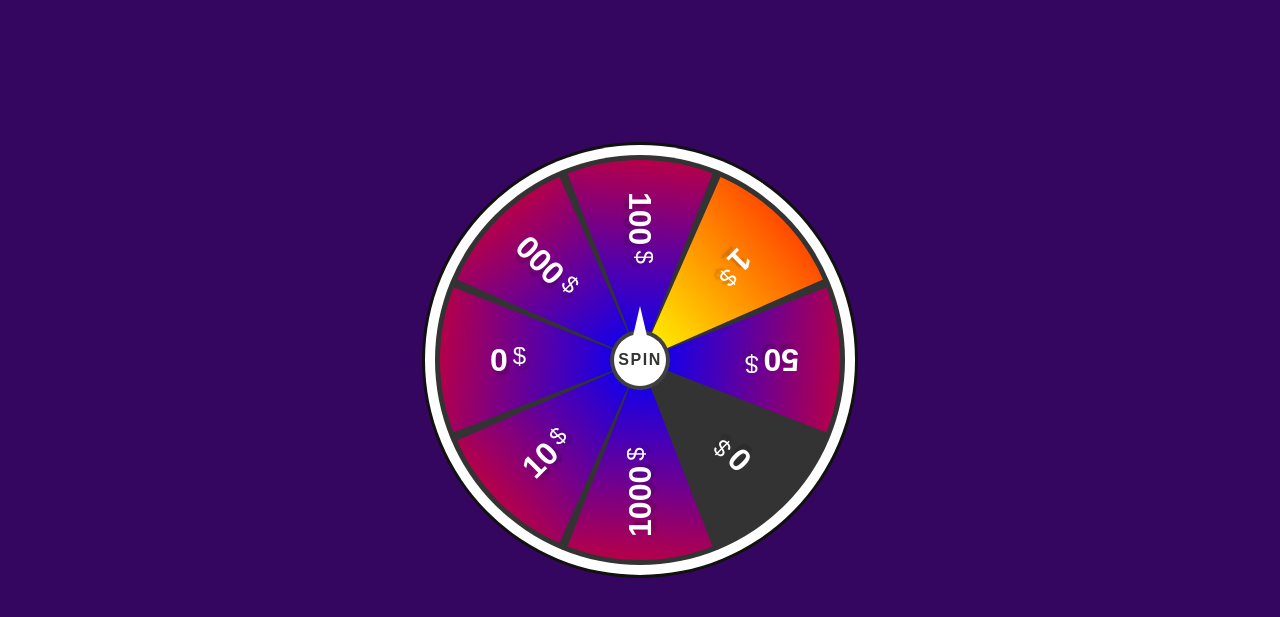
Repository: Jacques-Jaki-Morkel/FundedMarketplace_WheelofFortune
Page: index.html
An editor plug-in stored every save of this project. The page is shown before and after the next save, followed by the edit.
The browser window is 1280 px wide. The pictures show the whole page.

Above is the page before, as saved 2025-08-14 12:14:31.

### index.html
<!DOCTYPE html>
<html lang="en">

<head>
    <meta charset="UTF-8">
    <meta name="viewport" content="width=device-width, initial-scale=1.0">
    <title>Wheel of Fortune - Funded Marketplace</title>
    <link rel="stylesheet" href="styles.css">
</head>

<body>
    <div class="container">
        <div class="spinBtn">
            SPIN
        </div>
        <div class="wheel">
            <div class="number" style=" --i:1 ;--clr:linear-gradient(var(--angle), #ff0000, #0000ff);">
                <span>100</span>
            </div>
            <div class="number" style=" --i:2 ;--clr2: linear-gradient(var(--angle), #ff0000, yellow);">
                <span>1</span>
            </div>
            <div class="number" style=" --i:3 ;--clr3: linear-gradient(var(--angle), #greeen, #0000ff);">
                <span>50</span>
            </div>
            <div class="number" style=" --i:4 ;--clr2: linear-gradient(var(--angle), #ffwhite0000, #0000ff);">
                <span>0</span>
            </div>
            <div class="number" style=" --i:5 ;--clr: linear-gradient(var(--angle), #ff0000, #0000ff);">
                <span>1000</span>
            </div>
            <div class="number" style=" --i:6 ;--clr2: linear-gradient(var(--angle), #ff0000, #0000ff);">
                <span>10</span>
            </div>
            <div class="number" style=" --i:7 ;--clr: linear-gradient(var(--angle), #ff0000, #0000ff);">
                <span>0</span>
            </div>
            <div class="number" style=" --i:8 ;--clr2: linear-gradient(var(--angle), #ff0000, #0000ff);">
                <span>000</span>
            </div>
        </div>
    <div>
    <script src="script.js"></script>
</body>

</html>

### styles.css
* {
    margin: 0;
    padding: 0;
    box-sizing: border-box;
    font-family: 'Poppins', sans-serif;
}

body {
    display: flex;
    justify-content: center;
    align-items: center;
    min-height: 100vh;
    background: rgb(52, 6, 96);
}

.container {
    position: relative;
    width: 400px;
    height: 400px;
    display: flex;
    justify-content: center;
    align-items: center;
}

.container .spinBtn {
    position: absolute;
    width: 60px;
    height: 60px;
    background: #fff;
    border-radius: 50%;
    z-index: 10;
    display: flex;
    justify-content: center;
    align-items: center;
    text-transform: uppercase;
    font-weight: 600;
    color: #333;
    letter-spacing: 0.1em;
    border: 4px solid rgba(0, 0, 0, 0.75);
    cursor: pointer;
    user-select: none;
}

.container .spinBtn::before {
    content: '';
    position: absolute;
    top: -28px;
    width: 20px;
    height: 30px;
    background: #fff;
    clip-path: polygon(50% 0%, 15% 100%, 85% 100%);
}

.container .wheel {
    position: absolute;
    top: 0;
    left: 0;
    width: 100%;
    height: 100%;
    background: #333;
    border-radius: 50%;
    overflow: hidden;
    box-shadow: 0 0 0 5px #333,
        0 0 0 15px #fff,
        0 0 0 18px #111;
}

.container .wheel .number {
    position: absolute;
    width: 50%;
    height: 50%;
   background: var(--clr1, var(--clr2, linear-gradient(var(--angle), #ff0000, #0000ff)));
    --angle: 140deg;
    transform-origin: bottom right;
    transform: rotate(calc(45deg * var(--i)));
    clip-path: polygon(0 0, 56% 0, 100% 100%, 0 56%);
    display: flex;
    justify-content: center;
    align-items: center;
    user-select: none;
    cursor: pointer;
}
.container .wheel .number span {
    position: relative;
    transform: rotate(45deg);
    color: #fff;
    font-size: 2em;
    font-weight: 700;
    text-shadow: 3px 5px 2px rgba(0, 0, 0, 0.15);
}

.container .wheel .number span::after {
    content: '$';
    padding-left: 5px;
    position: absolute;
    font-size: 0.75em;
    font-weight: 500;
}

### script.js
const wheel = document.querySelector('.wheel');
const spinButton = document.querySelector('.spinBtn');
const value = Math.ceil(Math.random() * 360);

spinButton.addEventListener('click', () => {
    const rotations = Math.max(Math.random() * 100, 15); // Ensure at least 15 full rotations
    const randomDegree = Math.floor(Math.random() * (360*rotations)) + 720; // Ensure at least two full rotations
    const finalDegree = value + randomDegree;

    wheel.style.transition = 'transform 5s ease-in-out';
    wheel.style.transform = `rotate(${finalDegree}deg)`;

//     spin styles
//     cubic-bezier(0.33, 1, 0.68, 1)
})

After the next save:
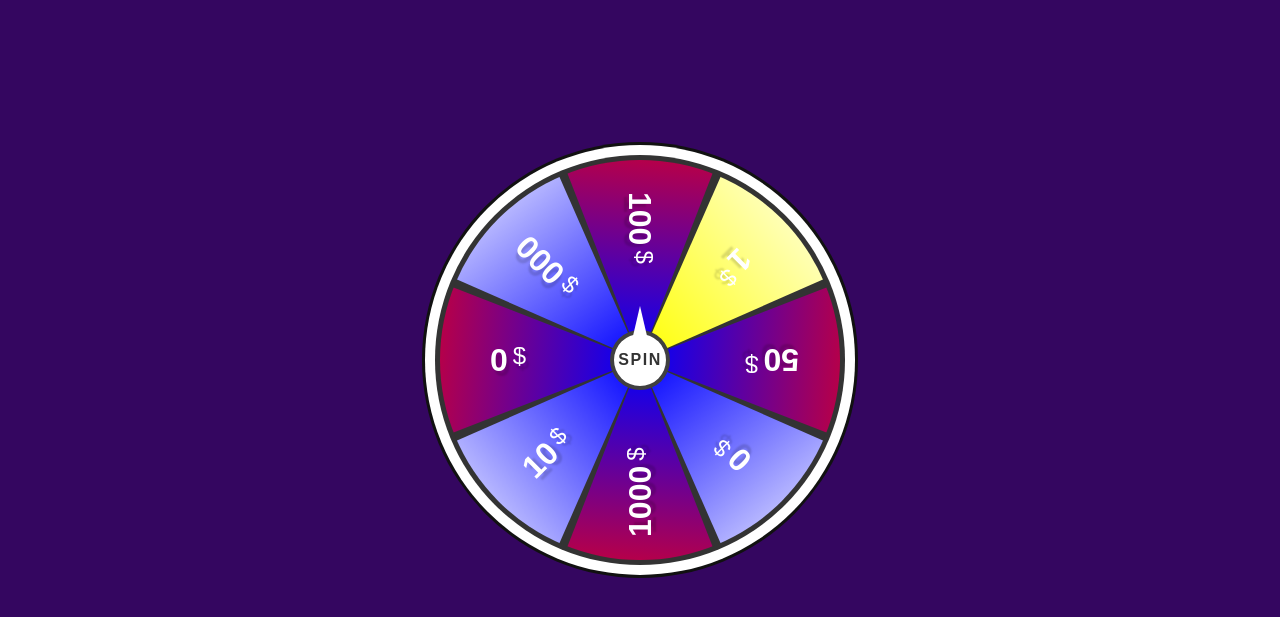
Saved 20 s later.
--- a/index.html
+++ b/index.html
@@ -14,28 +14,28 @@
             SPIN
         </div>
         <div class="wheel">
-            <div class="number" style=" --i:1 ;--clr:linear-gradient(var(--angle), #ff0000, #0000ff);">
+            <div class="number" style=" --i:1 ;--clr:linear-gradient(var(--angle), white, #0000ff);">
                 <span>100</span>
             </div>
-            <div class="number" style=" --i:2 ;--clr2: linear-gradient(var(--angle), #ff0000, yellow);">
+            <div class="number" style=" --i:2 ;--clr2: linear-gradient(var(--angle), white, yellow);">
                 <span>1</span>
             </div>
             <div class="number" style=" --i:3 ;--clr3: linear-gradient(var(--angle), #greeen, #0000ff);">
                 <span>50</span>
             </div>
-            <div class="number" style=" --i:4 ;--clr2: linear-gradient(var(--angle), #ffwhite0000, #0000ff);">
+            <div class="number" style=" --i:4 ;--clr2: linear-gradient(var(--angle), white, #0000ff);">
                 <span>0</span>
             </div>
-            <div class="number" style=" --i:5 ;--clr: linear-gradient(var(--angle), #ff0000, #0000ff);">
+            <div class="number" style=" --i:5 ;--clr: linear-gradient(var(--angle), white, #0000ff);">
                 <span>1000</span>
             </div>
-            <div class="number" style=" --i:6 ;--clr2: linear-gradient(var(--angle), #ff0000, #0000ff);">
+            <div class="number" style=" --i:6 ;--clr2: linear-gradient(var(--angle), white, #0000ff);">
                 <span>10</span>
             </div>
-            <div class="number" style=" --i:7 ;--clr: linear-gradient(var(--angle), #ff0000, #0000ff);">
+            <div class="number" style=" --i:7 ;--clr: linear-gradient(var(--angle), white, #0000ff);">
                 <span>0</span>
             </div>
-            <div class="number" style=" --i:8 ;--clr2: linear-gradient(var(--angle), #ff0000, #0000ff);">
+            <div class="number" style=" --i:8 ;--clr2: linear-gradient(var(--angle), white, #0000ff);">
                 <span>000</span>
             </div>
         </div>
